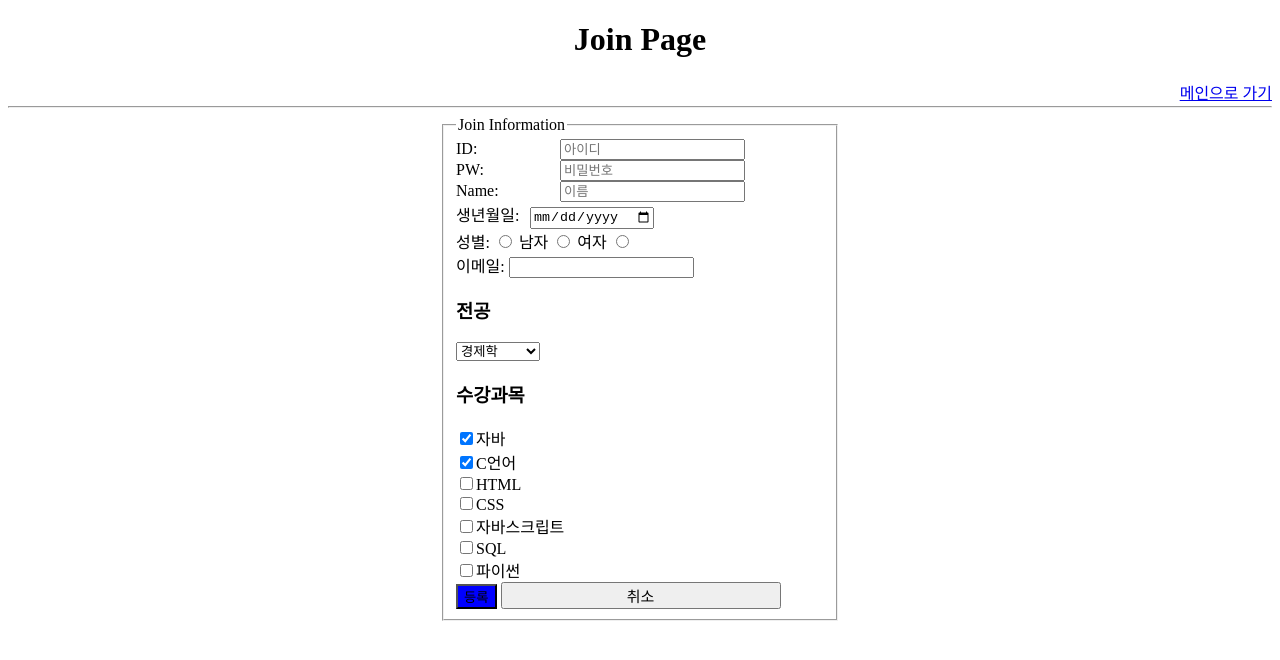
Repository: ByeonYJ/CSSTest
Page: GMSUI/WebContent/member/join.html
An editor plug-in stored every save of this project. The page is shown before and after the next save, followed by the edit.
The browser window is 1280 px wide. The pictures show the whole page.

Above is the page before, as saved 2017-07-20 03:53:47.

After the next save:
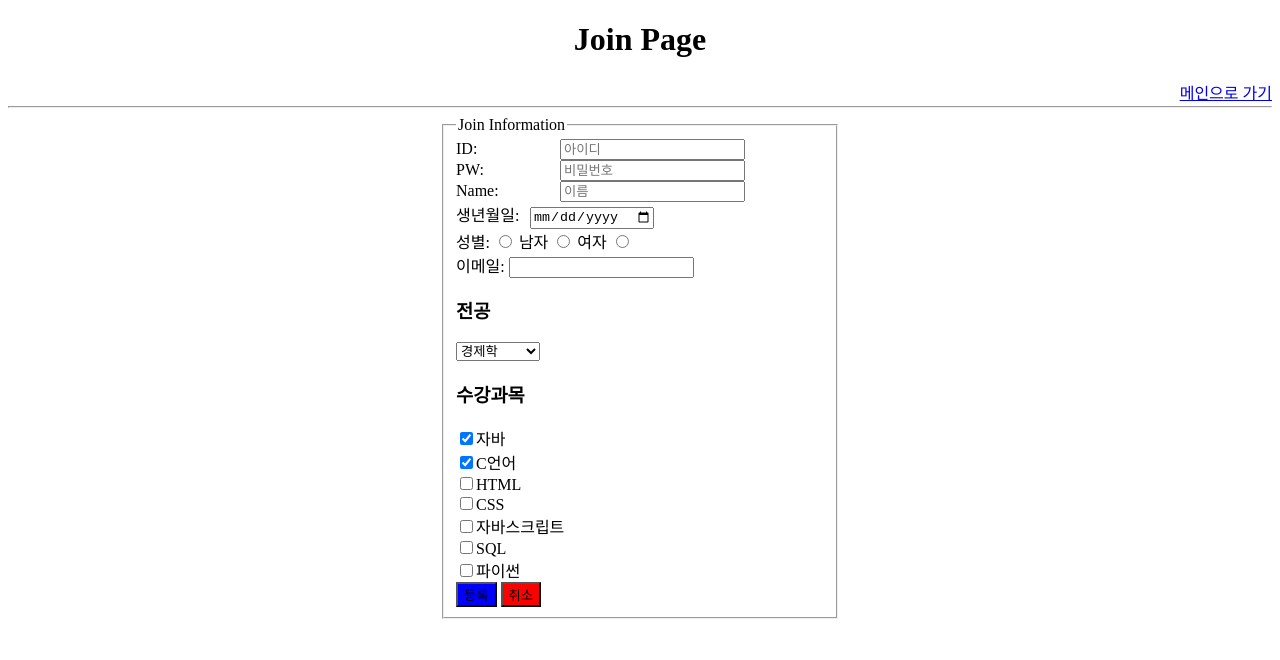
Saved 33 s later.
--- a/GMSUI/WebContent/member/join.html
+++ b/GMSUI/WebContent/member/join.html
@@ -57,7 +57,7 @@
 			<input type="checkbox" name="subject" value="sql"/>SQL<br />
 			<input type="checkbox" name="subject" value="python"/>파이썬<br />
 			<input type="submit" value="등록" class="bgcolor-blue" style=font-size: 15px; width: 280px;/>
-			<input type="reset" value="취소" style="bgcolor-red; font-size: 15px; width: 280px;"/>
+			<input type="reset" value="취소" class="bgcolor-red" style=font-size: 15px; width: 280px;"/>
 		</fieldset>
 	</form>
 </div>
